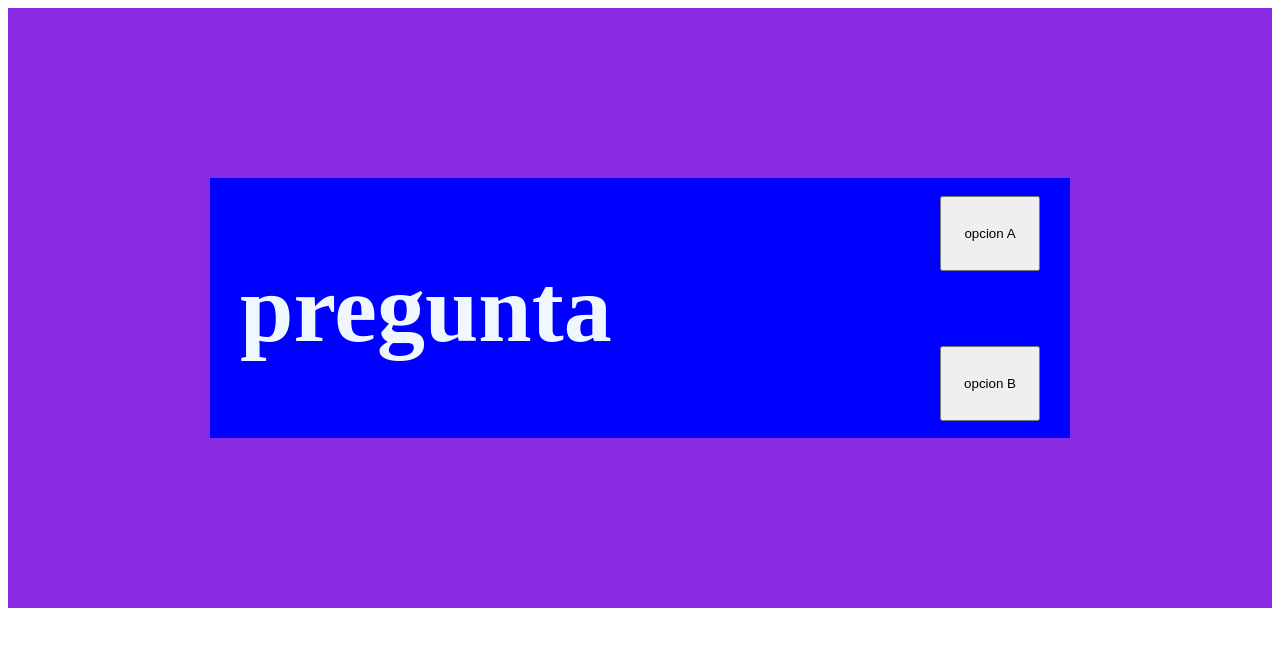
Repository: eschala/Proyecto_Clonaci-n_Kahoot_2023-2
Page: Borrador_Samir_Kahoot_NEW/Prueaba_Validar.html
An editor plug-in stored every save of this project. The page is shown before and after a run of saves, followed by the edit.
The browser window is 1280 px wide. The pictures show the whole page.
The pointer rests on the first visible `.botones`.

Above is the page before, as saved 2023-11-29 13:04:28.
Console error: TypeError: Cannot set properties of null (setting 'innerHTML')

### Borrador_Samir_Kahoot_NEW/Prueaba_Validar.html
<!DOCTYPE html>
<html lang="en">

<head>
    <meta charset="UTF-8">
    <meta name="viewport" content="width=device-width, initial-scale=1.0">
    <title>Document</title>
    <style>

    </style>
    <link rel="stylesheet" href="stylePrueba.css">

</head>

<body>
    <div class="container">

        <div class="sectionContainer">

            <h1 class="tituloClass">
                pregunta
            </h1>

            <div class="section_Buttons">
                <div class="btn_content"><button type="button" class="btn_1 botones">opcion A</button></div>
                <div class="btn_content"><button type="button" class="btn_2 botones">opcion B</button></div>



            </div>

        </div>

    </div>

    <script src="respuesta_VALIDAR.js"></script>
</body>

</html>

### Borrador_Samir_Kahoot_NEW/stylePrueba.css
.container {

    width: 100%;
    height: 600px;
    background-color: blueviolet;

    display: flex;
    flex-direction: column;

    align-items: center;
    justify-content: center;

}

.sectionContainer {

    height: 200px;
    width: 800px;

    background-color: blue;

    display: flex;
    justify-content: space-between;
    align-items: center;
    color: aliceblue;

    font-size: 3rem;
    padding: 30px;
}

.sub_Container_2 {

    height: 200px;
    width: 800px;

    background-color: red;

    display: flex;

}

.btn_content {
    height: 150px;
    width: 100px;
    display: flex;

    align-items: center;
    justify-content: center;
}

.btn_1 {
    width: 100%;
    height: 50%;
}

.btn_2 {
    width: 100%;
    height: 50%;
}

.botones:hover{




}

### Borrador_Samir_Kahoot_NEW/respuesta_VALIDAR.js
const element_counterScreen = document.querySelector(".counterScreen");
        const element_counterScreen_2 = document.querySelector(".counterScreen_2");
        const element_botones_1 = document.querySelector(".botones_1");
        const element_botones_2 = document.querySelector(".botones_2");

        let count = 10;
        let clicks = 0;
        let timerSet;

        element_counterScreen.innerHTML = count + "s";

        const activarTiempo = () => {
            element_botones_1.innerHTML="Reiniciar";
            clearInterval(timerSet);
            timerSet = setInterval(contarSegundos, 1000);
        };

        const contarSegundos = () => {
            count--;
            element_counterScreen.innerHTML = count + "s";

            if (count <= 0) {
                activarTiempo();
                element_botones_1.disabled = false;
            } else {
                element_botones_1.disabled = true;
            }

            if (count == 10) {
                element_botones_1.style.display = "none";
            } else {
                element_botones_1.style.display = "block";
            }
            if(count<0){
                element_counterScreen.innerHTML=0+"s";
            }else{
                element_counterScreen.innerHTML = count + "s";

            }
        };

        const contarCLICKS = () => {
            clicks++;
            element_counterScreen_2.innerHTML = clicks + " clicks";
        };

        const reiniciarContador = () => {
            clearInterval(timerSet);
            count = 10;
            element_counterScreen.innerHTML = count + "s";

            if (count == 10) {
                element_botones_1.style.display = "none";
            } else {
                element_botones_1.style.display = "block";
            }

            activarTiempo();
        };

        const detenerContador = () => {
            clearInterval(timerSet);
            element_counterScreen.innerHTML = "Tiempo detenido";
            element_botones_1.style.display = "block";
            element_botones_1.disabled = false;
            element_botones_1.innerHTML="Iniciar";
        };

        element_botones_1.addEventListener("click", reiniciarContador);
        element_botones_1.addEventListener("click", contarCLICKS);
        element_botones_2.addEventListener("click", detenerContador);

        activarTiempo();

After the next 4 saves:
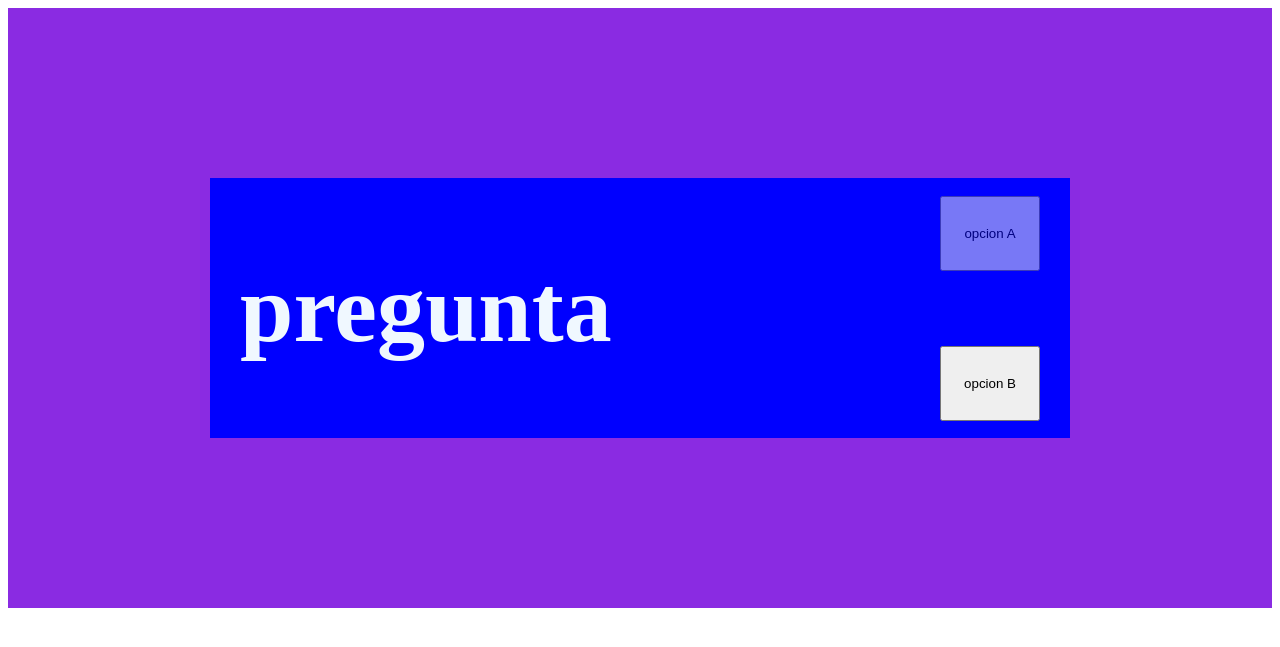
The 4 saves are shown as one change because they came seconds apart.
The last was saved 8 s later.
--- a/Borrador_Samir_Kahoot_NEW/stylePrueba.css
+++ b/Borrador_Samir_Kahoot_NEW/stylePrueba.css
@@ -60,6 +60,8 @@
 
 .botones:hover{
 
+    opacity: 50%;
+
 
 
 
